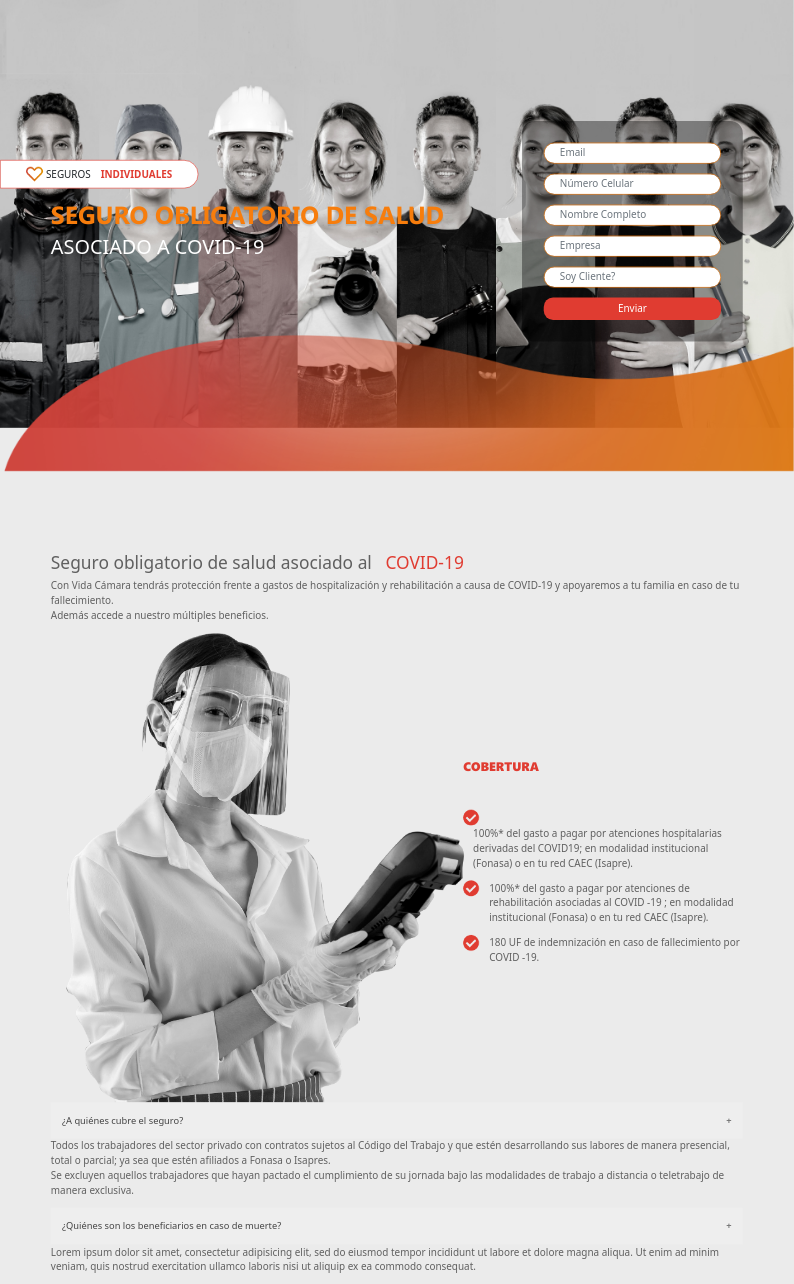
Repository: Darigo30/vidacamara
Page: index.html
These files come from the project's save history. The page is drawn as it stood at one moment and after the next save; the edit follows.
The browser window is 1280 px wide. The pictures show the whole page, at 62% of full size.
Some web fonts or font styles are not loaded; a fallback is used. Some web libraries are served in a nearby version.

Above is the page before, as saved 2021-07-29 20:50:07.

### index.html
<!DOCTYPE html>
<html lang="es">
  <head>
    <meta charset="UTF-8" />
    <link rel="shortcut icon " type="image/png" href="assets/img/favicon.png" />
    <meta name="viewport" content="width=device-width, initial-scale=1.0" />
    <link rel="stylesheet" href="css/style.css" />
    <title>Vida Cámara</title>
  </head>
  <body>
    <main>
      <nav class="navbar navb">
        <div class="container">
          <a class="navbar-brand" href="#">
            <img src="/assets/img/logo.png" alt="Logo Vida Camara" />
          </a>
        </div>
      </nav>
      <section class="bg-header">
        <div class="seg">
          <img src="assets/img/heart.png" />
          <div class="ms-1 text-uppercase">Seguros</div>
          <div class="ms-3 text-uppercase fw-bold">
            <span>Individuales</span>
          </div>
        </div>
        <div class="container">
          <div class="row cont-form-text">
            <div class="col-8 d-flex flex-column justify-content-center">
              <h1>Seguro obligatorio de salud</h1>
              <h2 class="text-uppercase">Asociado a COVID-19</h2>
            </div>
            <div class="col-4">
              <div class="form">
                <div class="mb-3">
                  <input
                    type="email"
                    class="form-control rounded-pill br-f"
                    id="exampleFormControlInput1"
                    placeholder="Email"
                  />
                </div>
                <div class="mb-3">
                  <input
                    type="email"
                    class="form-control rounded-pill br-f"
                    id="exampleFormControlInput1"
                    placeholder="Número Celular"
                  />
                </div>
                <div class="mb-3">
                  <input
                    type="email"
                    class="form-control rounded-pill br-f"
                    id="exampleFormControlInput1"
                    placeholder="Nombre Completo"
                  />
                </div>
                <div class="mb-3">
                  <input
                    type="email"
                    class="form-control rounded-pill br-f"
                    id="exampleFormControlInput1"
                    placeholder="Empresa"
                  />
                </div>
                <div class="mb-3">
                  <input
                    type="email"
                    class="form-control rounded-pill br-f"
                    id="exampleFormControlInput1"
                    placeholder="Soy Cliente?"
                  />
                </div>
                <button class="btn btn-primary btn-grande">Enviar</button>
              </div>
            </div>
          </div>
        </div>
      </section>
      <section class="seguro-seccion">
        <!-- <div class="mascara"></div> -->
        <div class="container">
          <div class="row">
            <div class="col-12">
              <div class="seguro">
                <h3 class="seguro__titulo">
                  Seguro obligatorio de salud asociado al &nbsp;
                  <span class="seguro__titulo seguro__titulo--covid">COVID-19</span>
                </h3>
                <p class="seguro__texto">
                  Con Vida Cámara tendrás protección frente a gastos de
                  hospitalización y rehabilitación a causa de COVID-19 y
                  apoyaremos a tu familia en caso de tu fallecimiento. <br />
                  Además accede a nuestro múltiples beneficios.
                </p>
              </div>
            </div>
          </div>
          <div class="row">
            <div class="col-7">
              <img class="seguro-seccion__img-mujer" src="assets/img/mujer.png" />
            </div>
            <div class="col-5 d-flex flex-column justify-content-center">
              <h5 class="text-uppercase pb-5"><span>Cobertura</span></h5>
              <div class="seguro-seccion__icon-txt-cober">
                <img src="assets/img/check.png" />
                <p class="ps-3">
                  100%* del gasto a pagar por atenciones hospitalarias derivadas
                  del COVID19; en modalidad institucional (Fonasa) o en tu red
                  CAEC (Isapre).
                </p>
              </div>
              <div class="icon-txt-cober">
                <img src="assets/img/check.png" />
                <p class="ps-3">
                  100%* del gasto a pagar por atenciones de rehabilitación
                  asociadas al COVID -19 ; en modalidad institucional (Fonasa) o
                  en tu red CAEC (Isapre).
                </p>
              </div>
              <div class="icon-txt-cober">
                <img src="assets/img/check.png" />
                <p class="ps-3">
                  180 UF de indemnización en caso de fallecimiento por COVID
                  -19.
                </p>
              </div>
            </div>
          </div>
        </div>
      </section>
      <section>
        <div class="container">
          <div class="row">
            <div class="col-12">
              <button class="accordion">¿A quiénes cubre el seguro?</button>
              <div class="accordion__panel">
                <p>
                  Todos los trabajadores del sector privado con contratos
                  sujetos al Código del Trabajo y que estén desarrollando sus
                  labores de manera presencial, total o parcial; ya sea que
                  estén afiliados a Fonasa o Isapres.
                  <br />
                  Se excluyen aquellos trabajadores que hayan pactado el
                  cumplimiento de su jornada bajo las modalidades de trabajo a
                  distancia o teletrabajo de manera exclusiva.
                </p>
              </div>
              <button class="accordion">
                ¿Quiénes son los beneficiarios en caso de muerte?
              </button>
              <div class="accordion__panel">
                <p>
                  Lorem ipsum dolor sit amet, consectetur adipisicing elit, sed
                  do eiusmod tempor incididunt ut labore et dolore magna aliqua.
                  Ut enim ad minim veniam, quis nostrud exercitation ullamco
                  laboris nisi ut aliquip ex ea commodo consequat.
                </p>
              </div>
            </div>
          </div>
        </div>
      </section>
    </main>

    <link
      href="https://cdn.jsdelivr.net/npm/bootstrap@5.0.0-beta2/dist/css/bootstrap.min.css"
      rel="stylesheet"
      integrity="sha384-BmbxuPwQa2lc/FVzBcNJ7UAyJxM6wuqIj61tLrc4wSX0szH/Ev+nYRRuWlolflfl"
      crossorigin="anonymous"
    />
    <script
      src="https://cdn.jsdelivr.net/npm/bootstrap@5.0.0-beta2/dist/js/bootstrap.min.js"
      integrity="sha384-nsg8ua9HAw1y0W1btsyWgBklPnCUAFLuTMS2G72MMONqmOymq585AcH49TLBQObG"
      crossorigin="anonymous"
    ></script>
    <script
      src="https://cdn.jsdelivr.net/npm/@popperjs/core@2.6.0/dist/umd/popper.min.js"
      integrity="sha384-KsvD1yqQ1/1+IA7gi3P0tyJcT3vR+NdBTt13hSJ2lnve8agRGXTTyNaBYmCR/Nwi"
      crossorigin="anonymous"
    ></script>
    <script
      src="https://code.jquery.com/jquery-3.5.1.min.js"
      integrity="sha256-9/aliU8dGd2tb6OSsuzixeV4y/faTqgFtohetphbbj0="
      crossorigin="anonymous"
    ></script>

    <!--Mi script-->
    <script src="js/custom.js"></script>
  </body>
</html>

### css/style.css
:root{
    --body-color: #EBEBEB;
    --color-orange: #F77D0C;
    --color-white: #FFFFFF;
    --color-grey: #606060;
    --color-red: #E03C31;
    --color-par: #606060;
}
@font-face {
    font-family: 'Segoe UI Regular';
    font-style: normal;
    font-weight: normal;
    src: local('Segoe UI Regular'), url('/assets/fonts/UI.woff') format('woff');
}
@font-face {
    font-family: 'Segoe UI Bold';
    font-style: normal;
    font-weight: normal;
    src: local('Segoe UI Bold'), url('/assets/fonts/Segoe UI Bold.woff') format('woff');
}
@font-face {
    font-family: 'Segoe UI Black';
    font-style: normal;
    font-weight: normal;
    src: local('Segoe UI Black'), url('/assets/fonts/seguibl.woff') format('woff');
}

/*Basics*/

body{
    box-sizing: border-box;
    font-family: 'Segoe UI Regular';
    padding: 0;
    margin: 0;
    font-size: 15px;
    color: var(--color-par);
    background: var(--body-color)!important;
}
h1{
    font-size: 56px;
    color: var(--color-orange);
    text-shadow: 0px 2px 2px rgba(0, 0, 0, 0.1);
    font-family: 'Segoe UI Black';
    font-family: 'Segoe UI Bold';
    text-transform: uppercase;
}
h2{
    font-size: 41px;
    color: var(--color-white);
}
h3{
    font-size: 40px;
    color: var(--color-grey);
}
h4{
    font-size: 30px;
}
h5{
    font-size: 26px;
    font-family: 'Segoe UI Black';
}
span{
    color: var(--color-red);
}
p{
    color: var(--color-par);
}
/*Header + Banner*/

.navbar.navb {
    position: absolute;
    width: 100%;
    margin-top: 25px;
}
.bg-header{
    background: url(/assets/img/bg-header.jpg) center no-repeat;
    background-size: cover;
    height: 690px;
    display: flex;
    align-items: center;
    position: relative;
}
.form {
    background: #00000061;
    padding: 35px;
    border-radius: 20px;
}
.form-control.br-f {
   border: 1px solid var(--color-orange);
   padding: 3px 25px 5px;
}
.btn.btn-grande{
    background: var(--color-red);
    border: none;
    width: 100%;
    border-radius: 15px;
}
.row.cont-form-text{
    margin-top: 5%;
}
.seg {
    background: white;
    width: 25%;
    position: absolute;
    top: 30%;
    display: flex;
    justify-content: center;
    padding: 10px 10px;
    border-top-right-radius: 25px;
    border-bottom-right-radius: 25px;
    border: 1px solid var(--color-red);
    margin-top: 4%;
}
.bg-header::before{
    content: '';
    background: url(/assets/img/onda.png) bottom no-repeat;
    background-size: auto;
    background-size: auto;
    background-size: 100%;
    position: absolute;
    width: 100%;
    height: 35%;
    z-index: 0;
    bottom: -70px;
}
/*Seccion seguro obligatorio*/

.seguro{
    margin-top: 200px;
}
.icon-txt-cober {
    display: flex;
    align-items: start;
}
.mascara{
    position: absolute;
    bottom: -30px;
    background: url(/assets/img/mascara2.png);
    background-size: auto;
    background-size: 100% 110px;
    width: 100%;
    height: 110px;
    z-index: 9;
}
.convi{
    padding: 0 300px;
}
.img-mujer{
    width: 80%;
}
.accordion {
    background-color: #eee;
    color: #444;
    cursor: pointer;
    padding: 18px;
    width: 100%;
    border: none;
    text-align: left;
    outline: none;
    font-size: 15px;
    transition: 0.4s;
  }

  .active, .accordion:hover {
    background-color: #ccc;
  }

  .accordion:after {
    content: '\002B';
    color: #777;
    font-weight: bold;
    float: right;
    margin-left: 5px;
  }

  .active:after {
    content: "\2212";
  }

  .panel {
    padding: 0 18px;
    background-color: white;
    max-height: 0;
    overflow: hidden;
    transition: max-height 0.2s ease-out;
  }

### js/custom.js
var accordion = document.getElementsByClassName("accordion");
var i;

for (i = 0; i < accordion.length; i++) {
  accordion[i].addEventListener("click", function() {
    this.classList.toggle("active");
    var panel = this.nextElementSibling;
    if (panel.style.maxHeight) {
      panel.style.maxHeight = null;
    } else {
      panel.style.maxHeight = panel.scrollHeight + "px";
    }
  });
}

After the next save:
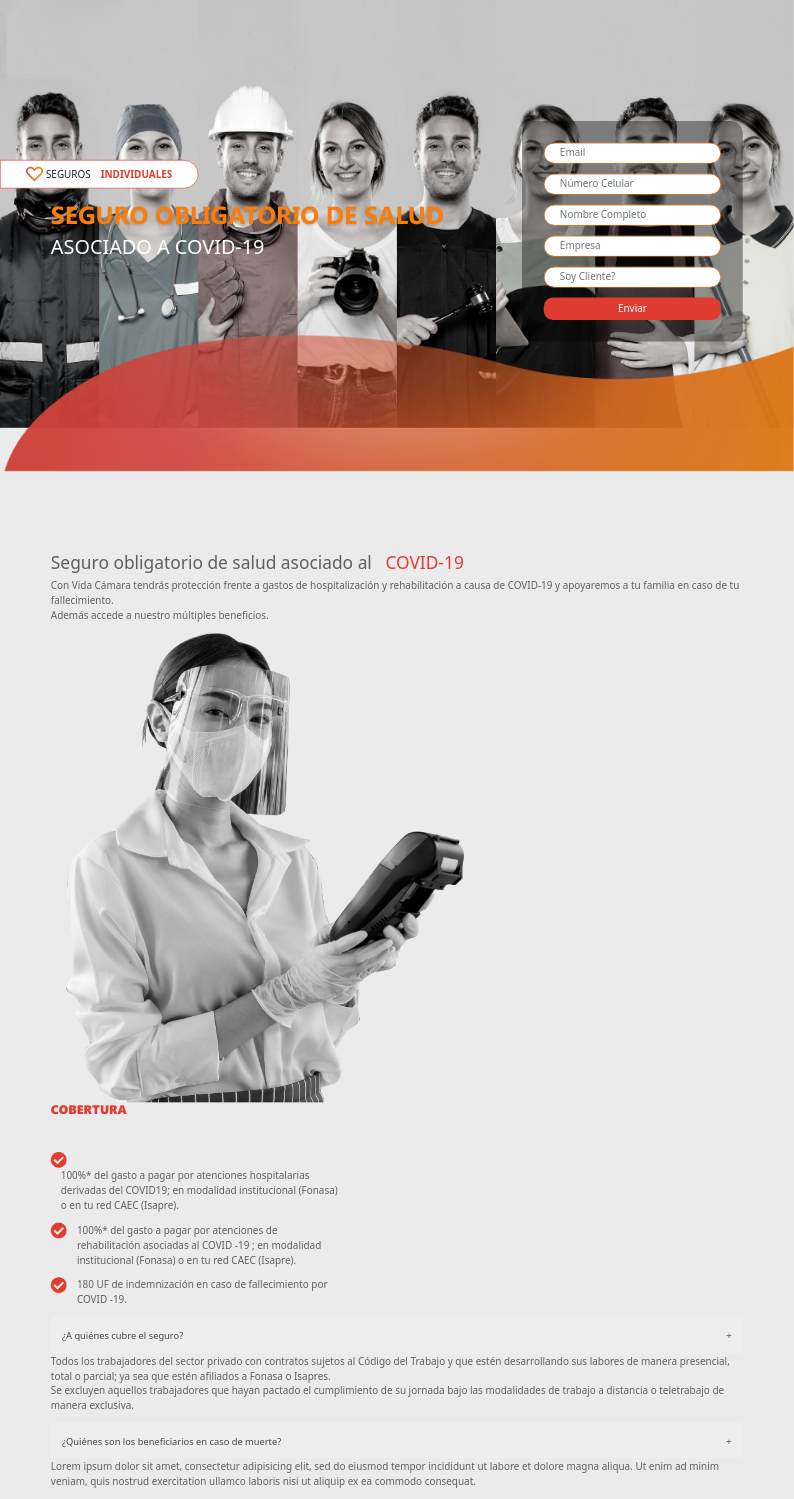
Saved 3 min 19 s later.
--- a/index.html
+++ b/index.html
@@ -78,56 +78,58 @@
           </div>
         </div>
       </section>
-      <section class="seguro-seccion">
+      <section>
         <!-- <div class="mascara"></div> -->
         <div class="container">
-          <div class="row">
-            <div class="col-12">
-              <div class="seguro">
-                <h3 class="seguro__titulo">
-                  Seguro obligatorio de salud asociado al &nbsp;
-                  <span class="seguro__titulo seguro__titulo--covid">COVID-19</span>
-                </h3>
-                <p class="seguro__texto">
-                  Con Vida Cámara tendrás protección frente a gastos de
-                  hospitalización y rehabilitación a causa de COVID-19 y
-                  apoyaremos a tu familia en caso de tu fallecimiento. <br />
-                  Además accede a nuestro múltiples beneficios.
-                </p>
-              </div>
+            <div class="row">
+                <div class="col-12">
+                    <div class="seguro">
+                    <h3 class="seguro__titulo">
+                        Seguro obligatorio de salud asociado al &nbsp;
+                        <span class="seguro__titulo seguro__titulo--covid">COVID-19</span>
+                    </h3>
+                    <p class="seguro__texto">
+                        Con Vida Cámara tendrás protección frente a gastos de
+                        hospitalización y rehabilitación a causa de COVID-19 y
+                        apoyaremos a tu familia en caso de tu fallecimiento. <br />
+                        Además accede a nuestro múltiples beneficios.
+                    </p>
+                    </div>
+                </div>
             </div>
-          </div>
-          <div class="row">
-            <div class="col-7">
-              <img class="seguro-seccion__img-mujer" src="assets/img/mujer.png" />
+            <div class="row">
+                <div class="seguro-seccion">
+                    <div class="col-7">
+                        <img class="seguro-seccion__img-mujer" src="assets/img/mujer.png" />
+                    </div>
+                    <div class="col-5 d-flex flex-column justify-content-center">
+                        <h5 class="text-uppercase pb-5"><span>Cobertura</span></h5>
+                        <div class="seguro-seccion__icon-txt-cober">
+                            <img src="assets/img/check.png" />
+                            <p class="ps-3">
+                            100%* del gasto a pagar por atenciones hospitalarias derivadas
+                            del COVID19; en modalidad institucional (Fonasa) o en tu red
+                            CAEC (Isapre).
+                            </p>
+                            </div>
+                        <div class="icon-txt-cober">
+                            <img src="assets/img/check.png" />
+                            <p class="ps-3">
+                            100%* del gasto a pagar por atenciones de rehabilitación
+                            asociadas al COVID -19 ; en modalidad institucional (Fonasa) o
+                            en tu red CAEC (Isapre).
+                            </p>
+                        </div>
+                        <div class="icon-txt-cober">
+                            <img src="assets/img/check.png" />
+                            <p class="ps-3">
+                            180 UF de indemnización en caso de fallecimiento por COVID
+                            -19.
+                            </p>
+                        </div>
+                    </div>
+                </div>
             </div>
-            <div class="col-5 d-flex flex-column justify-content-center">
-              <h5 class="text-uppercase pb-5"><span>Cobertura</span></h5>
-              <div class="seguro-seccion__icon-txt-cober">
-                <img src="assets/img/check.png" />
-                <p class="ps-3">
-                  100%* del gasto a pagar por atenciones hospitalarias derivadas
-                  del COVID19; en modalidad institucional (Fonasa) o en tu red
-                  CAEC (Isapre).
-                </p>
-              </div>
-              <div class="icon-txt-cober">
-                <img src="assets/img/check.png" />
-                <p class="ps-3">
-                  100%* del gasto a pagar por atenciones de rehabilitación
-                  asociadas al COVID -19 ; en modalidad institucional (Fonasa) o
-                  en tu red CAEC (Isapre).
-                </p>
-              </div>
-              <div class="icon-txt-cober">
-                <img src="assets/img/check.png" />
-                <p class="ps-3">
-                  180 UF de indemnización en caso de fallecimiento por COVID
-                  -19.
-                </p>
-              </div>
-            </div>
-          </div>
         </div>
       </section>
       <section>
